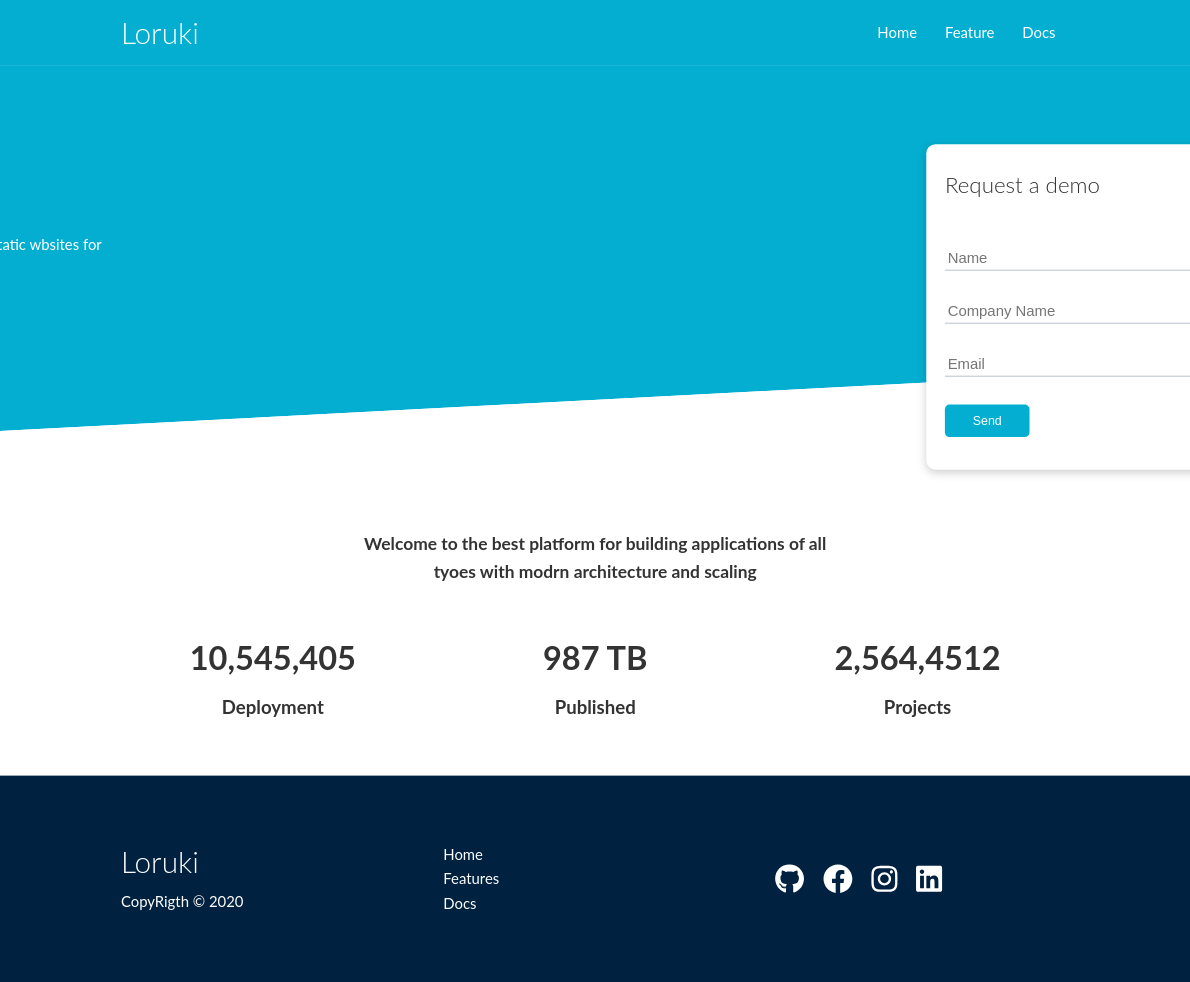
Repository: MosiurRrahman/loruki-app-reactjs
Page: /
The author's editor kept a copy of each file at every save. The page is drawn from the files as they stood at one save, then again after the next save.
The browser window is 1280 px wide. The pictures show the whole page, at 93% of full size.
The project was rebuilt for these pictures with package versions that can differ from the ones it lists, and the page was loaded fresh each time. Also part of the build but not shown: src/components/app.jsx.

Above is the page before, as saved 2021-10-05 17:07:22.

### src/index.js
import React from 'react';
import ReactDOM from 'react-dom';
import { BrowserRouter, Route, Switch } from 'react-router-dom';
import Layout from './components/app';
import defaultLayout from './components/layouts/Main';
import './index.css';
// import './utilities';






class Root extends React.Component{
  render(){
    return(
      <BrowserRouter basename = {"/"} >
      <Switch>
        <Route exact path = "/" component={defaultLayout} />
      <Layout></Layout>
      </Switch>
      </BrowserRouter>
    );
  }
}




ReactDOM.render(
  <React.StrictMode>
    <Root />
  </React.StrictMode>,
  document.getElementById('root')
);

### src/components/layouts/Main.jsx
import React, { Component } from "react";
import Footer from "../common/Footer";
import Header from "../common/Header";
import HomePage from "../pages/home/HomePage";

class Main extends Component {
  constructor(props) {
    super(props);
    this.state = {};
  }
  render() {
    return (
      <>
        <Header />
        <HomePage />
        <Footer />
      </>
    );
  }
}

export default Main;

### src/index.css
/* all css imported */

@import url("./assets/css/main");
@import url("./assets/css/utilities");

### src/components/common/Footer.jsx
import {
  faFacebook,
  faGithub,
  faInstagram,
  faLinkedin,
} from "@fortawesome/free-brands-svg-icons";
import { FontAwesomeIcon } from "@fortawesome/react-fontawesome";
import { Component } from "react";

class Footer extends Component {
  render() {
    return (
      <>
        <footer className="footer bg-dark py-5">
          <div className="container grid grid-3">
            <div>
              <h1>Loruki</h1>
              <p>CopyRigth &copy; 2020</p>
            </div>
            <nav>
              <ul>
                <li>
                  <a href="index.html">Home</a>
                </li>
                <li>
                  <a href="feature.html">Features</a>
                </li>
                <li>
                  <a href="docs.html">Docs</a>
                </li>
              </ul>
            </nav>
            <div className="social">
              <a href="#">
                <li className="fa-2x">
                  <FontAwesomeIcon icon={faGithub} />
                </li>
              </a>
              <a href="#">
                <li className="fa-2x">
                  <FontAwesomeIcon icon={faFacebook} />
                </li>
              </a>
              <a href="#">
                <li className="fa-2x">
                  <FontAwesomeIcon icon={faInstagram} />
                </li>
              </a>
              <a href="#">
                <li className=" fa-2x">
                  <FontAwesomeIcon icon={faLinkedin} />
                </li>
              </a>
            </div>
          </div>
        </footer>
      </>
    );
  }
}
export default Footer;

### src/components/common/Header.jsx
import { Component } from "react";

class Header extends Component {
  render() {
    return (
      <>
        <div className="navbar">
          <div className="container flex">
            <h1 className="logo">Loruki</h1>
            <nav>
              <ul>
                <li>
                  <a href="index.html">Home</a>
                </li>
                <li>
                  <a href="feature.html">Feature</a>
                </li>
                <li>
                  <a href="docs.html">Docs</a>
                </li>
              </ul>
            </nav>
          </div>
        </div>
      </>
    );
  }
}
export default Header;

### src/components/pages/home/HomePage.js
import React, { Component } from 'react';
import ShowCase from './ShowCase';
import Status from './Status';

class HomePage extends Component {
    constructor(props){
        super(props);
        this.state = {

        }
    }
    render() {
        return (
            <>
            <ShowCase/>
            <Status/>
            </>
        );
    }
}

export default HomePage;

### src/assets/css/main.css
:root {
  --primary-color: #04aed0;
  --secondry-color: #04a1c0;
  --dark-color: #002240;
  --light-color: #f4f4ff;
  --success-color: #5cb85c;
  --error-color: #d9534f;
}

* {
  box-sizing: border-box;
  margin: 0;
  padding: 0;
}

body {
  font-family: "lato", sans-serif;
  color: #333333;
  line-height: 1.6;
}

ul {
  list-style-type: none;
}

a {
  text-decoration: none;
  color: #333333;
}

h1,
h2 {
  font-weight: 300;
  line-height: 1.2;
  margin: 10px 0;
}

p {
  margin: 10px 0;
}

img {
  width: 100%;
}

code,
pre {
  background: #333;
  color: #fff;
  padding: 10px;
}

.hidden {
  visibility: hidden;
  height: 0;
}

/* === navbar style === */

.navbar {
  background-color: var(--primary-color);
  color: #ffffff;
  height: 70px;
}

.navbar .flex {
  justify-content: space-between;
}

.navbar ul {
  display: flex;
}

.navbar ul a {
  padding: 10px;
  margin: 0 5px;
  color: #fff;
  transition: 0.3s;
}

.navbar ul a:hover {
  border-bottom: 2px solid #fff;
}

/* === Showcase style === */

.showcase {
  height: 400px;
  background-color: var(--primary-color);
  color: #fff;
  position: relative;
}

.showcase h1 {
  font-size: 40px;
}

.showcase p {
  margin: 20px 0;
}

.showcase .grid {
  overflow: visible;
  grid-template-columns: 55% 45%;
  gap: 30px;
}

body {
  overflow-x: hidden;
}

.showcase-form {
  position: relative;
  top: 60px;
  height: 350px;
  max-width: 400px;
  padding: 40px;
  z-index: 100;
  animation: slideInFromRight 1s ease-in;
}

.showcase-text {
  animation: slideInFromLeft 1s ease-in;
}

.showcase .form-control {
  margin: 30px 0;
}

.showcase input[type="text"],
.showcase input[type="email"] {
  border: 0;
  border-bottom: 1px solid #b4becb;
  width: 100%;
  padding: 3px;
  font-size: 16px;
}

.showcase-form input:focus {
  outline: none;
}

.showcase::before,
.showcase::after {
  content: "";
  position: absolute;
  height: 100px;
  background: #fff;
  left: 0;
  bottom: -60px;
  right: 0;
  transform: skewY(-3deg);
  --webkit-transform: skewY(-3deg);
  --moz-transform: skewY(-3deg);
  --ms-transform: skewY(-3deg);
}

/* ===stats=== */

.stats {
  padding-top: 100px;
  animation: slideInFromBottom 1s ease-in;
}

.stats-heading {
  max-width: 500px;
  margin: auto;
}

.stats .grid h3 {
  font-size: 35px;
}

.stats .grid p {
  font-size: 20px;
  font-weight: bold;
}

/* cli */

.cli .grid {
  grid-template-columns: repeat(3, 1fr);
  grid-template-rows: repeat(2, 1fr);
}

.cli .grid > *:first-child {
  grid-column: 1 / span 2;
  grid-row: 1 / span 2;
}

/* Cloud */

.cloud .grid {
  grid-template-columns: repeat(4fr, 1fr);
}

/* languages */

.languages .flex {
  flex-wrap: wrap;
}

.languages .card {
  text-align: center;
  margin: 18px 10px 40px;
  transition: 0.3s;
}

.languages .card:hover {
  transform: translateY(-15px);
  color: var(--primary-color);
}

.languages .card h4 {
  font-size: 20px;
  margin-bottom: 10px;
}

/* Feature section */

.freatures-head img,
.docs-head img {
  width: 200px;
  justify-self: center;
}

.freatures-sub-head img {
  width: 300px;
  justify-self: flex-end;
}

/* feature main */

.freatures-main .card > i {
  margin-right: 20px;
}

.freatures-main .grid {
  padding: 30px;
}

.freatures-main .grid > *:first-child {
  grid-column: 1 / span 3;
}

.freatures-main .grid > *:nth-child(2) {
  grid-column: 1 / span 2;
}

.freatures-main .grid > *:nth-child(2) {
  justify-content: start;
}

/* dosc */

.docs-main h3 {
  margin: 20px 0;
}

.docs-main .grid {
  grid-template-columns: 1fr 2fr;
  align-items: flex-start;
}

.docs-main nav li {
  font-size: 20px;
  padding-bottom: 5px;
  margin-bottom: 5px;
  border-bottom: 1px solid #ccc;
}

.docs-main nav a:hover {
  color: var(--primary-color);
  font-weight: bold;
}

/* Footer */
.footer .social {
  display: flex;
}
.footer .social a {
  margin: 0 10px;
}

.footer .social a li {
  list-style-type: none;
  transition: 0.3s;
}

.footer .social a li:hover {
  transform: translateY(-5px);
  color: var(--primary-color);
}

/* Animation */

@keyframes slideInFromLeft {
  0% {
    transform: translateX(-100%);
  }
  100% {
    transform: translateX(0);
  }
}

@keyframes slideInFromRight {
  0% {
    transform: translateX(70%);
  }
  100% {
    transform: translateX(0);
  }
}

@keyframes slideInFromTop {
  0% {
    transform: translateY(-100%);
  }
  100% {
    transform: translateX(0);
  }
}

@keyframes slideInFromBottom {
  0% {
    transform: translateY(100%);
  }
  100% {
    transform: translateX(0);
  }
}

/* ===responsive css ===*/

/* Tablets and under */

@media screen and (max-width: 768px) {
  .grid,
  .showcase .grid,
  .stats .grid,
  .cli .grid,
  .cloud .grid,
  .freature-main .grid,
  .docs-main .grid {
    grid-template-columns: 1fr;
    grid-template-rows: 1fr;
  }
  .showcase {
    height: auto;
  }
  .showcase-text {
    text-align: center;
    margin-top: 40px;
    animation: slideInFromTop 1s ease-in;
  }
  .showcase-form {
    justify-self: center;
    margin: auto;
    animation: slideInFromBottom 1s ease-in;
  }
  .cli .grid > *:first-child {
    grid-column: 1;
    grid-row: 1;
  }
  .freatures-head,
  .freatures-sub-head,
  .docs-head {
    text-align: center;
  }
  .freatures-head img,
  .freatures-sub-head img,
  .docs-head img {
    justify-self: center;
  }
  .freatures-main .grid > *:first-child,
  .freatures-main .grid > *:nth-child(2) {
    grid-column: 1;
  }
  .grid-3 {
    grid-template-columns: 1fr;
    grid-template-rows: 1fr;
  }
}

/* Mobile */

@media (max-width: 500px) {
  .navbar {
    height: 110px;
  }
  .navbar .flex {
    flex-direction: column;
  }
  .navbar ul {
    padding: 10px;
    background: rgba(0, 0, 0, 0.1);
  }
}

/* ===responsive css end ===*/

/* === utlities === */

.container {
  max-width: 1100px;
  margin: 0 auto;
  overflow: auto;
  padding: 0 40px;
}

.card {
  background-color: #fff;
  color: #333;
  border-radius: 10px;
  box-shadow: 0 3px 10px rgba(0, 0, 0, 0.2);
  padding: 20px;
  margin: 10px;
}

.card p {
  padding-left: 20px;
}

.btn {
  display: inline-block;
  padding: 10px 30px;
  cursor: pointer;
  background: var(--primary-color);
  color: #fff;
  border: none;
  border-radius: 5px;
  transition: 0.3s;
}

.btn-outline {
  background-color: transparent;
  border: 1px solid #ffffff;
}

.btn:hover {
  transform: translate(5px);
}

/* background and colored buttons */

.btn-primary,
.bg-primary {
  background-color: var(--primary-color);
  color: #ffffff;
}

.btn-secondry,
.bg-secondry {
  background-color: var(--secondry-color);
  color: #ffffff;
}

.btn-dark,
.bg-dark {
  background-color: var(--dark-color);
  color: #ffffff;
}

.btn-light,
.bg-light {
  background-color: var(--light-color);
  color: #333;
}

.btn-primary a,
.bg-primary a,
.btn-secondry a,
.bg-secondry a,
.btn-dark a,
.bg-dark a {
  color: #fff;
}

/* text sizes */

.lead {
  font-size: 20px;
}

.sm {
  font-size: 1rem;
}

.md {
  font-size: 2rem;
}

.lg {
  font-size: 3rem;
}

.xl {
  font-size: 4rem;
}

.text-center {
  text-align: center;
}

.flex {
  display: flex;
  justify-items: center;
  align-items: center;
  height: 100%;
}

.grid {
  display: grid;
  grid-template-columns: repeat(2, 1fr);
  gap: 20px;
  justify-content: center;
  align-items: center;
  height: 100%;
}

.grid-3 {
  grid-template-columns: repeat(3, 1fr);
}

/* alart */

.alert {
  background-color: var(--light-color);
  padding: 10px 20px;
  font-weight: bold;
  margin: 15px 0;
}

.alert i {
  margin-right: 10px;
}

.alert-success {
  background-color: var(--success-color);
  color: #fff;
}

.alert-error {
  background-color: var(--errer-color);
  color: #fff;
}

/* Margin */

.my-1 {
  margin: 1rem 0;
}

.my-2 {
  margin: 1.5rem 0;
}

.my-3 {
  margin: 2rem;
}

.my-4 {
  margin: 3rem 0;
}

.my-5 {
  margin: 4rem 0;
}

.m-1 {
  margin: 1rem;
}

.m-2 {
  margin: 1.5rem;
}

.m-3 {
  margin: 2rem;
}

.m-4 {
  margin: 3rem;
}

.m-5 {
  margin: 4rem;
}

/* padding */

.py-1 {
  padding: 1rem 0;
}

.py-2 {
  padding: 1.5rem 0;
}

.py-3 {
  padding: 2rem;
}

.py-4 {
  padding: 3rem 0;
}

.py-5 {
  padding: 4rem 0;
}

.p-1 {
  padding: 1rem;
}

.p-2 {
  padding: 1.5rem;
}

.p-3 {
  padding: 2rem;
}

.p-4 {
  padding: 3rem;
}

.p-5 {
  padding: 4rem;
}

### src/components/pages/home/ShowCase.js
import React, { Component } from "react";
import ShowcaseForm from "./ShowcaseForm";

class ShowCase extends Component {
  render() {
    return (
      <>
        <section className="showcase">
          <div className="container grid">
            <div className="showcase-text">
              <h1>Easier Deployment</h1>
              <p>
                Deploy web apps of all kinds, from large scale enterise APIs to
                static wbsites for individuals.Flill out the form to try a demo
                of our platform
              </p>
              <a href="feature.html" className="btn btn-outline">
                Read More
              </a>
            </div>


          <ShowcaseForm/>
          </div>
        </section>
      </>
    );
  }
}

export default ShowCase;

### src/components/pages/home/Status.js
import React, { Component } from 'react';

class Status extends Component {
    render() {
        return (
            <section className="stats">
                <div className="container">
                <h3 className="stats-heading text-center ">
                Welcome to the best platform for building applications of all tyoes with modrn architecture and scaling
            </h3>
            <div className="grid grid-3 text-center my-4">
                <div>
                    <i className="fas fa-server fa-3x"></i>
                    <h3>10,545,405</h3>
                    <p className="text-seconday">Deployment</p>
                </div>
                <div>
                    <i className="fas fa-upload fa-3x"></i>
                    <h3>987 TB</h3>
                    <p className="text-seconday">Published</p>
                </div>
                <div>
                    <i className="fas fa-project-diagram fa-3x"></i>
                    <h3>2,564,4512</h3>
                    <p className="text-seconday">Projects</p>
                </div>
            </div>
                </div>
            </section>
        );
    }
}

export default Status;

### src/components/pages/home/ShowcaseForm.js
import React, { Component } from 'react';

class ShowcaseForm extends Component {
    render() {
        return (
            <>
                <div className="showcase-form card">
                <h2>Request a demo</h2>
                <form name="contact" method="POST" data-netlify="true" netlify-honeypot="bot-field">
                    <input type="hidden" name="form-name" value="contact"/>
                    <p className="hidden">
                        <label>Don’t fill this out if you're human: <input name="bot-field" /></label>
                    </p>
                    <div className="form-control">
                        <input type="text" name="name" id="" placeholder="Name" required />
                    </div>
                    <div className="form-control">
                        <input type="text" name="Company name" id="" placeholder="Company Name" required />
                    </div>
                    <div className="form-control">
                        <input type="email" name="email" id="" placeholder="Email" required />
                    </div>
                    <input type="submit" value="Send" className="btn btn-primary" />
                </form>
            </div>
            </>
        );
    }
}

export default ShowcaseForm;

### src/components/pages/home/Cli.js
import React, { Component } from 'react';

class Cli extends Component {
    render() {
        return (
            <div>
                this is cli
            </div>
        );
    }
}

export default Cli;

Loaded but not shown: public/index.html (common file); src/assets/css/utilities.css (no stored copy; drawn as an empty file)

After the next save:
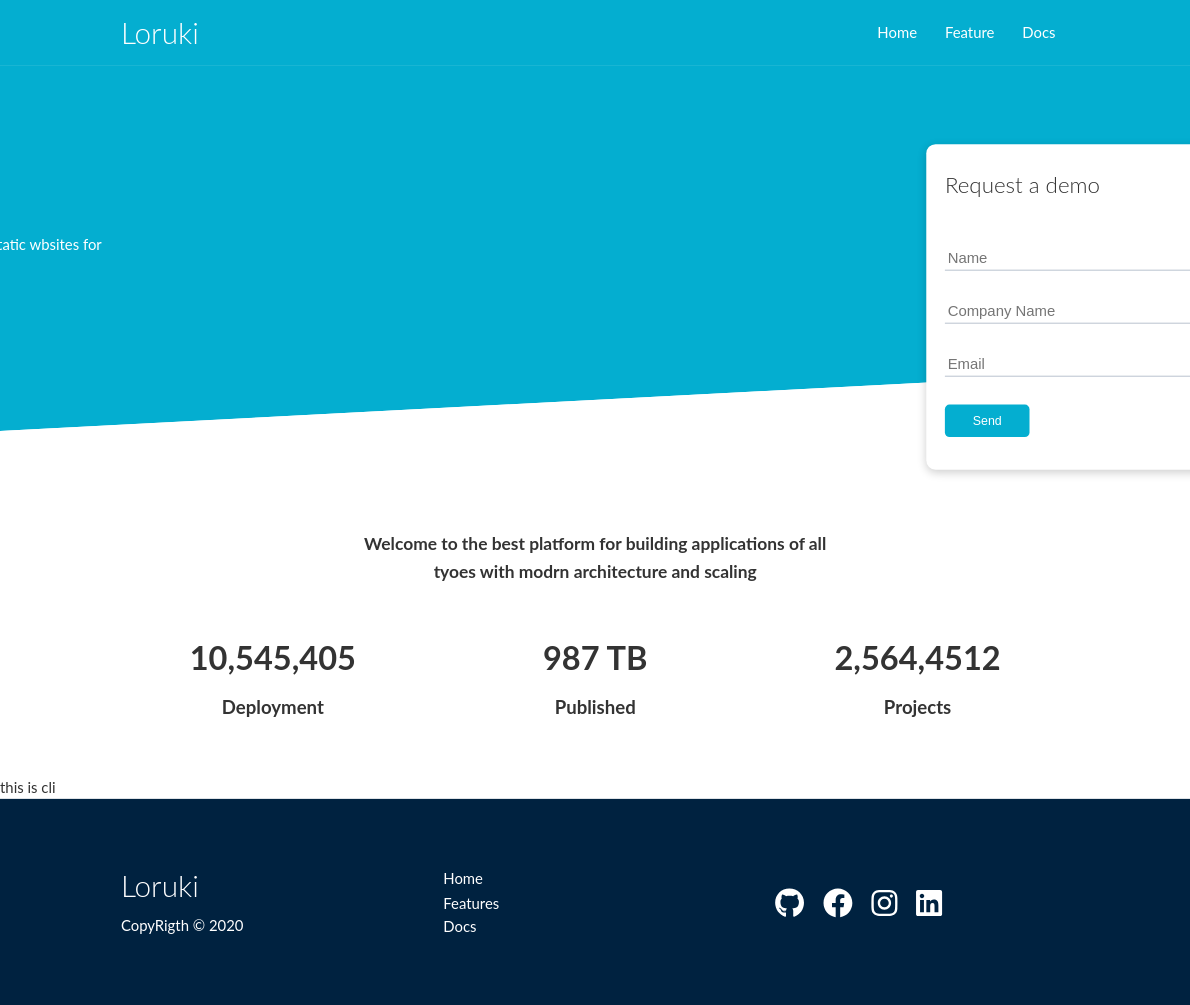
Saved 12 s later.
--- a/src/components/pages/home/HomePage.js
+++ b/src/components/pages/home/HomePage.js
@@ -1,4 +1,5 @@
 import React, { Component } from 'react';
+import Cli from './Cli';
 import ShowCase from './ShowCase';
 import Status from './Status';
 
@@ -14,6 +15,7 @@ class HomePage extends Component {
             <>
             <ShowCase/>
             <Status/>
+            <Cli/>
             </>
         );
     }
